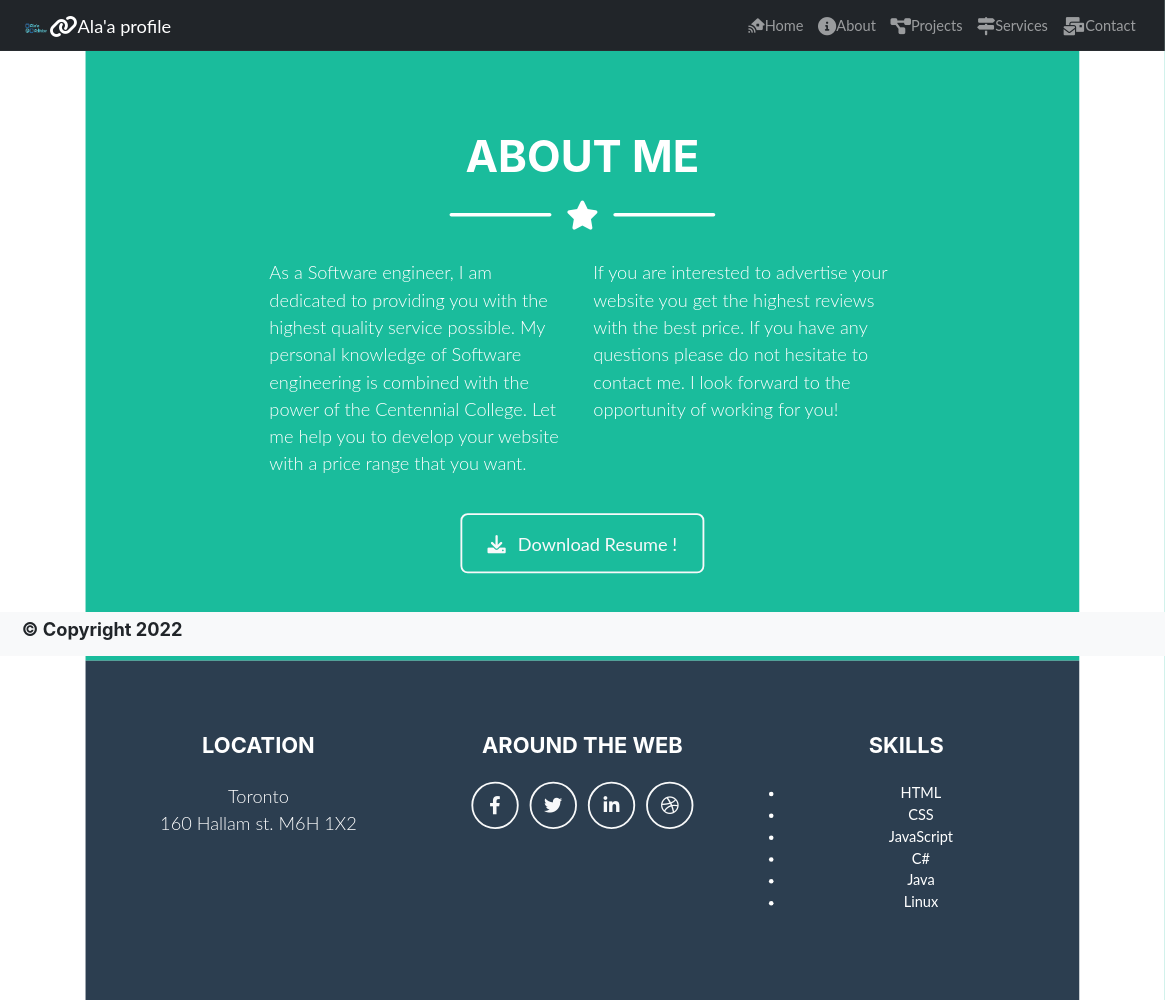
Repository: alaakhdour/heroukulivesite-section1
Page: http://localhost/about
The author's editor kept a copy of each file at every save. The page is drawn from the files as they stood at one save, then again after the next save.
The browser window is 1280 px wide. The pictures show the whole page, at 91% of full size.
The page is served by the project's Node server (server.js). Other server files are loaded and not shown.

Above is the page before, as saved 2022-06-17 08:55:26.

### Server/Views/index.ejs

<!DOCTYPE html>
<html lang="en">
<head>
    <meta charset="UTF-8">
    <meta http-equiv="X-UA-Compatible" content="IE=edge">
    <meta name="viewport" content="width=device-width, initial-scale=1.0">
    <title><%= title %></title>
    <!-- CSS Section -->
    <link rel="stylesheet" href="./bootstrap/dist/css/bootstrap.min.css">
    <link rel="stylesheet" href="./@fortawsome/fontawesome-free/css/all.min.css">
    <link rel="stylesheet" href="./Content/app.css">
    <link rel="stylesheet" href="./Content/styles.css">
</head>
<body>
    <!-- Main Navigation Section -->
    <header>
        <%- include('./components/header.ejs'); %>
    </header>

    <!-- Content Section-->
    <main>
        <%- include('content/' + page + '.ejs'); %>

    </main>

    <!-- Site-wide footer-->
    <footer>
        <%- include('components/footer.ejs'); %>
    </footer>

    <!-- JavaScript Section -->
    <script src="./jquery/dist/jquery.min.js"></script>
    <script src="./bootstrap/dist/js/bootstrap.min.js"></script>
    <script src="./@fortawesome/fontawesome-free/js/all.min.js"></script>
    <script src="./Scripts/app.js"></script>
</body>
</html>

### Server/Views/components/header.ejs
<nav class="navbar navbar-expand-lg navbar-dark bg-dark">
    <div class="container-fluid">
      <a class="navbar-brand" href="/"> <img src="./Assets/images/logo.png" alt="" width="30" height="24"><i class="fa-solid fa-link fa-lg"></i>Ala'a profile</a>
      <button class="navbar-toggler" type="button" data-bs-toggle="collapse" data-bs-target="#navbarSupportedContent" aria-controls="navbarSupportedContent" aria-expanded="false" aria-label="Toggle navigation">
        <span class="navbar-toggler-icon"></span>
      </button>
      <div class="collapse navbar-collapse" id="navbarSupportedContent">
        <ul class="navbar-nav ms-auto mb-2 mb-lg-0">
          <li class="nav-item">
            <a class="nav-link" aria-current="page" href="/home"><i class="fa-solid fa-house-signal"></i>Home</a>
          </li>

          <li class="nav-item">
            <a class="nav-link" aria-current="page" href="/about"><i class="fa-solid fa-circle-info fa-lg"></i>About</a>
          </li>

          <li class="nav-item">
            <a class="nav-link" aria-current="page" href="/projects"><i class="fa-solid fa-diagram-project fa-lg"></i>Projects</a>
          </li>

          <li class="nav-item">
            <a class="nav-link" aria-current="page" href="/services"><i class="fa-solid fa-signs-post fa-lg"></i>Services</a>
          </li>

          <li class="nav-item">
            <a class="nav-link" aria-current="page" href="/contact"><i class="fa-solid fa-envelopes-bulk fa-lg"></i>Contact </a>
          </li>


        </ul>
      </div>
    </div>
  </nav>

### Server/Views/content/about.ejs
<div class="container">


    <!-- About Section-->
    <section class="page-section bg-primary text-white mb-0" id="about">
        <div class="container">
            <!-- About Section Heading-->
            <h2 class="page-section-heading text-center text-uppercase text-white">About ME</h2>
            <!-- Icon Divider-->
            <div class="divider-custom divider-light">
                <div class="divider-custom-line"></div>
                <div class="divider-custom-icon"><i class="fas fa-star"></i></div>
                <div class="divider-custom-line"></div>
            </div>
            <!-- About Section Content-->
            <div class="row">
                <div class="col-lg-4 ms-auto"><p class="lead">As a Software engineer, I am dedicated to providing you with the highest quality service possible. My personal knowledge of Software engineering is combined with the power of the Centennial College. Let me help you to develop your website with a price range that you want. </p></div>
                <div class="col-lg-4 me-auto"><p class="lead">If you are interested to advertise your website you get the highest reviews with the best price. If you have any questions please do not hesitate to contact me. I look forward to the opportunity of working for you!</p></div>
            </div>
            <!-- About Section Button-->
            <div class="text-center mt-4">
                <a class="btn btn-xl btn-outline-light" href="./Assets/pdf/CV.Pdf" download>
                    <i class="fas fa-download me-2"></i>
                    Download Resume !
                </a>
            </div>
        </div>
    </section>

    <!-- Footer-->
    <footer class="footer text-center">
        <div class="container">
            <div class="row">
                <!-- Footer Location-->
                <div class="col-lg-4 mb-5 mb-lg-0">
                    <h4 class="text-uppercase mb-4">Location</h4>
                    <p class="lead mb-0">
                        Toronto
                        <br />
                        160 Hallam st. M6H 1X2
                    </p>
                </div>
                <!-- Footer Social Icons-->
                <div class="col-lg-4 mb-5 mb-lg-0">
                    <h4 class="text-uppercase mb-4">Around the Web</h4>
                    <a class="btn btn-outline-light btn-social mx-1" href="#!"><i class="fab fa-fw fa-facebook-f"></i></a>
                    <a class="btn btn-outline-light btn-social mx-1" href="#!"><i class="fab fa-fw fa-twitter"></i></a>
                    <a class="btn btn-outline-light btn-social mx-1" href="#!"><i class="fab fa-fw fa-linkedin-in"></i></a>
                    <a class="btn btn-outline-light btn-social mx-1" href="#!"><i class="fab fa-fw fa-dribbble"></i></a>
                </div>
                <!-- Footer About Text-->
                <div class="col-lg-4">
                    <h4 class="text-uppercase mb-4">Skills</h4>
                    <p class="lead mb-0">
                        <ul>
                            <li>HTML</li>
                            <li>CSS</li>
                            <li>JavaScript</li>
                            <li>C#</li>
                            <li>Java</li>
                            <li>Linux</li>
                          </ul>
                    </p>
                </div>
            </div>
        </div>
    </footer>
</div>

### Server/Views/components/footer.ejs
<nav class="navbar fixed-bottom bg-light">
    <div class="container-fluid">
      <h5 id="copyright">&copy; Copyright 2022</h5>
    </div>
  </nav>

### server.js
"use strict";
var __importDefault = (this && this.__importDefault) || function (mod) {
    return (mod && mod.__esModule) ? mod : { "default": mod };
};
Object.defineProperty(exports, "__esModule", { value: true });
const app_1 = __importDefault(require("./Server/Config/app"));
const debug_1 = __importDefault(require("debug"));
(0, debug_1.default)('week4:server');
const http_1 = __importDefault(require("http"));
const port = normalizePort(process.env.PORT || '3000');
app_1.default.set('port', port);
const server = http_1.default.createServer(app_1.default);
server.listen(port);
server.on('error', onError);
server.on('listening', onListening);
function normalizePort(val) {
    let port = parseInt(val, 10);
    if (isNaN(port)) {
        return val;
    }
    if (port >= 0) {
        return port;
    }
    return false;
}
function onError(error) {
    if (error.syscall !== 'listen') {
        throw error;
    }
    let bind = typeof port === 'string'
        ? 'Pipe ' + port
        : 'Port ' + port;
    switch (error.code) {
        case 'EACCES':
            console.error(bind + ' requires elevated privileges');
            process.exit(1);
            break;
        case 'EADDRINUSE':
            console.error(bind + ' is already in use');
            process.exit(1);
            break;
        default:
            throw error;
    }
}
function onListening() {
    let addr = server.address();
    let bind = 'pipe ' + addr;
    (0, debug_1.default)('Listening on ' + bind);
}
//# sourceMappingURL=server.js.map

### Server/Routes/index.js
"use strict";
var __importDefault = (this && this.__importDefault) || function (mod) {
    return (mod && mod.__esModule) ? mod : { "default": mod };
};
Object.defineProperty(exports, "__esModule", { value: true });
const express_1 = __importDefault(require("express"));
const router = express_1.default.Router();
router.get('/', function (req, res, next) {
    res.render('index', { title: 'Home', page: 'home' });
});
router.get('/home', function (req, res, next) {
    res.render('index', { title: 'Home', page: 'home' });
});
router.get('/about', function (req, res, next) {
    res.render('index', { title: 'About Us', page: 'about' });
});
router.get('/projects', function (req, res, next) {
    res.render('index', { title: 'My Projects', page: 'projects' });
});
router.get('/services', function (req, res, next) {
    res.render('index', { title: 'My services', page: 'services' });
});
router.get('/contact', function (req, res, next) {
    res.render('index', { title: 'contact us', page: 'contact' });
});
exports.default = router;
//# sourceMappingURL=index.js.map

### Client/data/data.json
{
    "FullName": "AlaaAlkhdour",
    "ContactNumber": "999999999999",
    "EmailAddress": "ala@example.com"
}

### content/app.css
h1
{
    font-size: 70px;
    font-family: Verdana, Geneva, Tahoma, sans-serif;
}

### scripts/app.js
//IIFE
(function()
{

    function Start()
    {
        console.log("App Started!");

        // use AJAX to read JSON file

        // Step 1: Create a new XHR object
        let XHR = new XMLHttpRequest();

        // Step 2: Create the request
        XHR.open("GET", "../data/data.json");

        // Step 3: Send the request
        XHR.send();

        // Step 4: create an event listener/handler
        XHR.addEventListener("readystatechange", function()
        {
            if(XHR.readyState == 4 && XHR.status == 200)
            {
                console.log("JSON Data:");
                console.log("===========");
                console.log(XHR.responseText);
            }
        });
    }

    window.addEventListener("load", Start);

})();

Loaded but not shown: Client/content/styles.css (library)

After the next save:
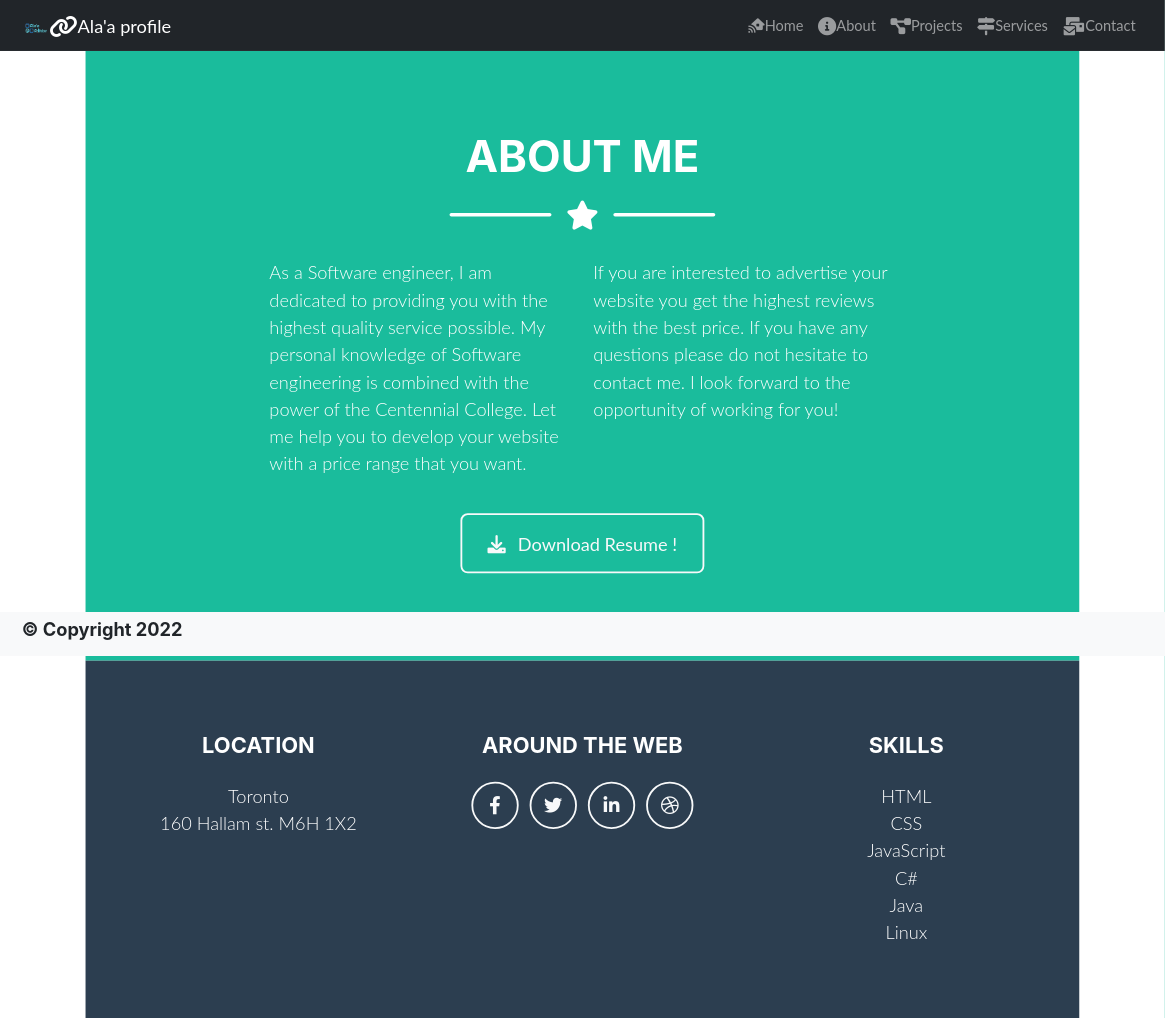
Saved 3 min 50 s later.
--- a/Server/Views/content/about.ejs
+++ b/Server/Views/content/about.ejs
@@ -52,14 +52,12 @@
                 <div class="col-lg-4">
                     <h4 class="text-uppercase mb-4">Skills</h4>
                     <p class="lead mb-0">
-                        <ul>
-                            <li>HTML</li>
-                            <li>CSS</li>
-                            <li>JavaScript</li>
-                            <li>C#</li>
-                            <li>Java</li>
-                            <li>Linux</li>
-                          </ul>
+                        HTML<br>
+                        CSS<br>
+                        JavaScript<br>
+                        C#<br>
+                       Java<br>
+                        Linux
                     </p>
                 </div>
             </div>
